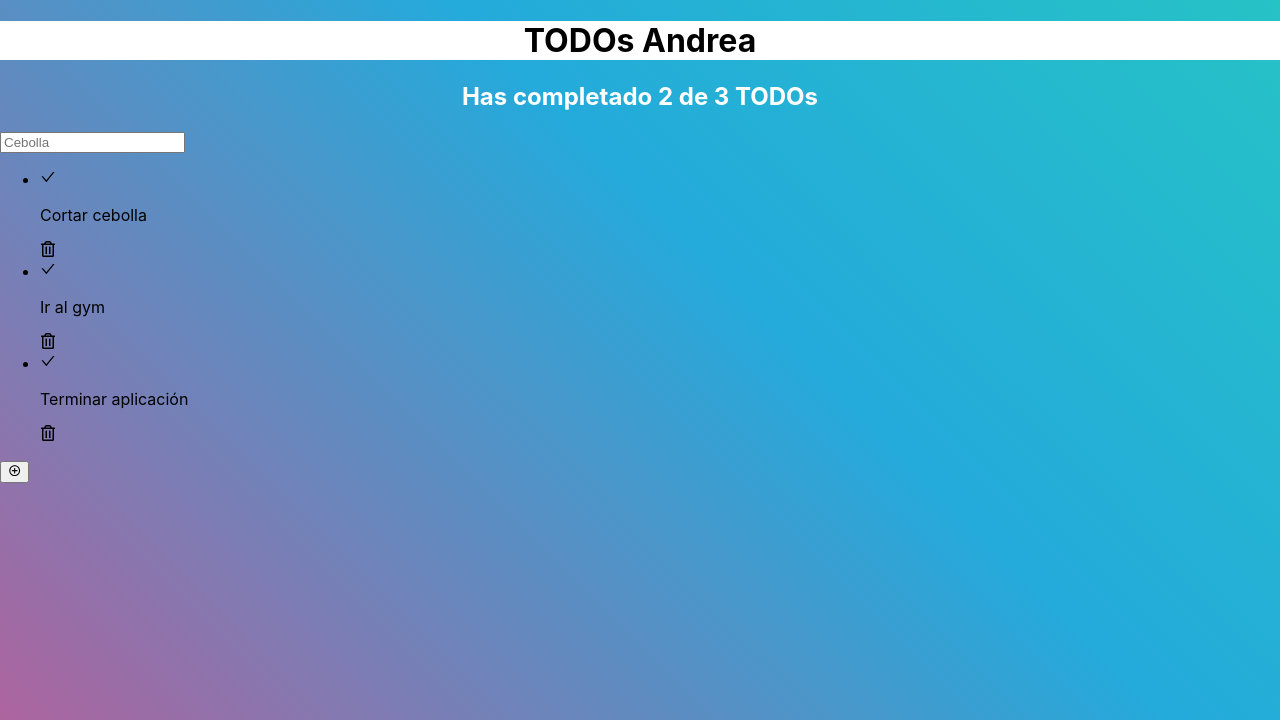
Repository: Pandrea-hub/TODOs
Page: /
The author's editor kept a copy of each file at every save. The page is drawn from the files as they stood at one save, then again after the next save.
The browser window is 1280 px wide. The pictures show the whole page.
The project was rebuilt for these pictures with package versions that can differ from the ones it lists, and the page was loaded fresh each time. Also part of the build but not shown: src/TodoItem.css.

Above is the page before, as saved 2022-06-07 09:13:31.

### src/index.js
import React from 'react';
import ReactDOM from 'react-dom/client';
import './index.css';
import App from './App';


const root = ReactDOM.createRoot(document.getElementById('root'));
root.render(
  <App/>
);

### src/index.css
body {
  margin: 0;
  font-family: -apple-system, BlinkMacSystemFont, 'Segoe UI', 'Roboto', 'Oxygen',
    'Ubuntu', 'Cantarell', 'Fira Sans', 'Droid Sans', 'Helvetica Neue',
    sans-serif;
  -webkit-font-smoothing: antialiased;
  -moz-osx-font-smoothing: grayscale;
}

code {
  font-family: source-code-pro, Menlo, Monaco, Consolas, 'Courier New',
    monospace;
}

#root{
  width: 100%;
  height: 100%;
  position: absolute;
  background: linear-gradient(45deg,#F17C58, #E94584, #24AADB , #27DBB1,#FFDC18, #FF3706);
  background-size: 600% 100%;
  animation: gradient 16s linear infinite;
  animation-direction: alternate;
}

@keyframes gradient {
  0% {background-position: 0%}
  100% {background-position: 100%}
}

### src/App.js
//import './App.css';
import React from 'react';
import { TodoCounter } from './TodoCounter';
import { TodoItem } from './TodoItem';
import { CreateTodoButton } from './CreateTodoButton';
import { TodoList } from './TodoList';
import { TodoSearch } from './TodoSearch';


const todos = [
  {text: 'Cortar cebolla',completed: false},
  {text: 'Ir al gym',completed: false},
  {text: 'Terminar aplicación',completed: false},
]


function App() {
  return (
    <React.Fragment>
      <TodoCounter />
      <TodoSearch />


      <TodoList>
        {todos.map(todo =>(
          <TodoItem key={todo.text} text={todo.text} completed={todo.completed}/>
        ))}
      </TodoList>
      <CreateTodoButton />
    </React.Fragment>

  );
}

export default App;

### src/TodoCounter.js
import React from 'react';
import './TodoCounter.css';

function TodoCounter(){
    return (
        <div className='title'>
            <h1>TODOs Andrea</h1>
            <h2 className='TodoCounter'>Has completado 2 de 3 TODOs</h2>
        </div>
    );
}

export { TodoCounter };

### src/TodoItem.js
import React from 'react';
import './TodoItem.css';
import {AiOutlineCheck} from 'react-icons/ai';
import {FaRegTrashAlt} from 'react-icons/fa';

function TodoItem(props){
    return (
        <li className='TodoItem'>
            <span className={`Icon Icon-check ${props.completed && 'Icon-check--activate' }`}>
                <AiOutlineCheck />
            </span>
            <p className={`TodoItem-p ${props.completed && 'TodoItem-p--complete'}`}>
                {props.text}
            </p>
            <span className='Icon Icon-delete'>
               <FaRegTrashAlt />
            </span>
        </li>
    );

}

export {TodoItem};

### src/CreateTodoButton.js
import React from 'react';
import {IoMdAddCircleOutline} from 'react-icons/io';

function CreateTodoButton(props){
    return(
        <button>
            <IoMdAddCircleOutline />
        </button>
    );
}

export {CreateTodoButton};

### src/TodoList.js
import React from "react";


function TodoList(props){
    return(
        <section>
            <ul>
                {props.children}
            </ul>
        </section>

    );
}


export {TodoList};

### src/TodoSearch.js
import React from 'react';


function TodoSearch(){
    return(
        <input placeholder="Cebolla" />
    );
}

export { TodoSearch};

### src/TodoCounter.css
.title{
    text-align: center;
    color:white;
}

.title h1{
    color:black;
    background-color:white;
}

Loaded but not shown: public/index.html (common file)

After the next save:
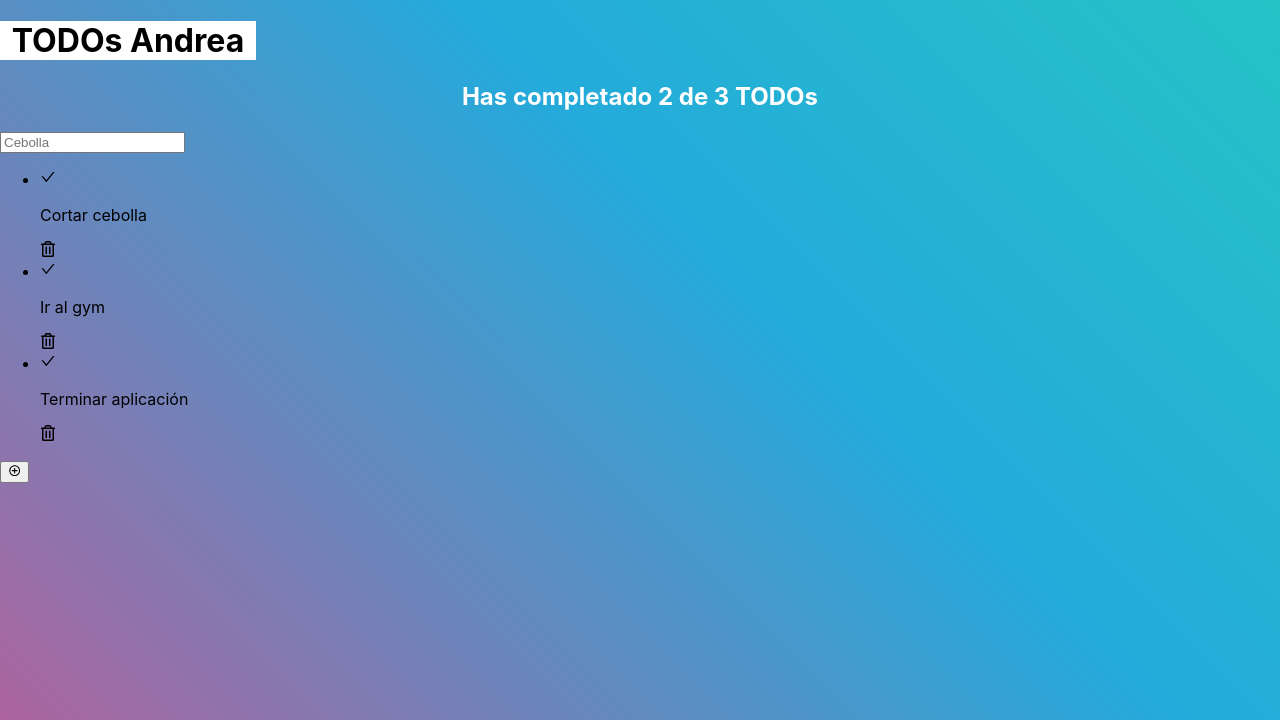
Saved 8 s later.
--- a/src/TodoCounter.css
+++ b/src/TodoCounter.css
@@ -6,4 +6,5 @@
 .title h1{
     color:black;
     background-color:white;
+    width: 20%;
 }
